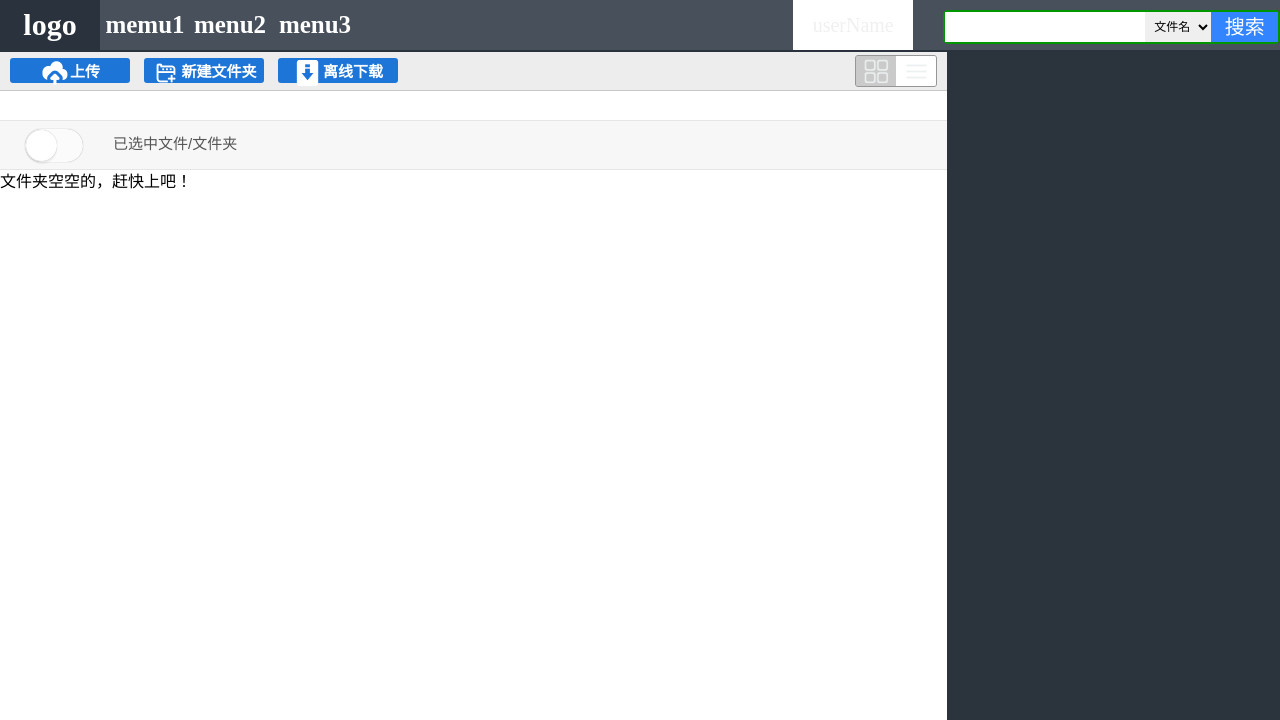
Repository: ixufeng/fileManager
Page: http://localhost/fileManager/delFile.do
These files come from the project's save history. The page is drawn as it stood at one moment and after the next save; the edit follows.
The browser window is 1280 px wide. The pictures show the whole page.
The pointer rests on the first visible `#user`.
The page is served by Tomcat 9. Other server files are loaded and not shown. Queries for data that is not in the repository find no rows.

Above is the page before, as saved 2016-04-07 13:18:27.

### fileManager/WebRoot/homePage.jsp
<%@page import="org.apache.commons.fileupload.FileItem"%>
<%@page import="file.MyFile"%>
<%@page import="sql.SqlHelper"%>
<%@page import="common.CatalogHelper" %>
<%@page import="common.Catalog" %>
<%@page language="java" import="java.util.*" pageEncoding="utf-8"%>
<%@taglib uri = "http://java.sun.com/jsp/jstl/core" prefix = "c" %>
<%
String path = request.getContextPath();
String basePath = request.getScheme()+"://"+request.getServerName()+":"+request.getServerPort()+path+"/";

String currentPath = "./home";
if(request.getParameter("currentPath")!=null){

	currentPath = request.getParameter("currentPath");
}else if(request.getAttribute("currentPath")!=null){

	currentPath = (String)request.getAttribute("currentPath");
}
	//获取路径列表
	ArrayList<Catalog> catalog = CatalogHelper.getCatalog(currentPath);
	//获得用户当前所在文件夹下的所有文件
	ArrayList<MyFile> fileList = SqlHelper.getSqlHelper().getAllFileByPath(currentPath);
	//优化目标，将第一次从数据库得来的文件信息存入到本地数据库中;

%>

<!DOCTYPE>
<html>
<head>
	<meta charset="utf-8">
	<title>在线文件管理器</title>
	<link rel="stylesheet" type="text/css" href="css/style_checkbox.css" />
	<link rel="stylesheet" type="text/css" href="css/title.css">
	<link rel="stylesheet" type="text/css" href="css/file_con.css">

	<!-- 上传文件 -->
	<link rel="stylesheet" href="css/zyUpload.css" type="text/css">
	<script src="js/jquery.js" type="text/javascript"></script>
	<script type="text/javascript" src="js/jquery.cookie.js"></script>
	<script type="text/javascript" src="js/fileClass.js"></script>
</head>

<body>
	<div id="head_nav">
		<div id="icon_home" path=<%=currentPath %> class="head_menu">
			logo
		</div>
		<div class="head_bar">memu1</div>
		<div class="head_bar">menu2</div>
		<div class="head_bar">menu3</div>

		<div id="icon_search">
			<label onclick="searchHelper();">搜索</label>
			<select id="selOption" onchange="searchTypeChange();">
				<option value="fimeName">文件名</option>
				<option value="fileDate">上传日期</option>
				<option value="fileContent">全文检索</option>
			</select>
			<input id="search_key" />
		</div>
		<div id="user">
			<span id="user_name">userName</span>
			<div id="user_box"></div>
		</div>
	</div>
	<div id="fileMsg">
			<ul id="file_catalog">
				<c:forEach var="catalogItem" items="<%=catalog%>">
					<li><a href="homePage.jsp?currentPath=${catalogItem.link}">${catalogItem.name}> </a></li>
				</c:forEach>

			</ul>
	</div>
	<div id="fileBar">

		<input type="checkbox" id="checkbox_c1" isSel="0" onclick="selectAll();" class="chk_3" /><label for="checkbox_c1"></label>
		<span id="functionBar">
			<label>已选中<span id="fileSelected"></span>文件/文件夹</label>
			<label id="MulShare" class="MulDo">分享</label>
			<label id="MulDown" onclick="mulDown();" class="MulDo"><img src="./images/MulDown.png">下载</label>
			<label id="MulDel" onclick="mulDel();" class="MulDo"><img src="./images/MulDel.png">删除</label>
			<label id="MulCopy" class="MulDo">复制到</label>
			<label id="MulTrans" onclick="showFileSendMenu();" class="MulDo">发送至</label>
		</span>
	</div>
	<div id='menu_second'>
		<span onclick='showuploadBorder();'><img alt="上传文件" src="images/fileUpload.png">上传</span>
		<span onclick='creatFileBorder("creatDir");'><img alt="新建文件夹" src ="images/newFile.png">新建文件夹</span>
		<span><img alt="文件下载" src="images/fileDownload.png">离线下载</span>
		<div id="sel_show_con">
			<a id="sel_grid" href="javascript:changeShowFile(0);"><img src="./images/grid.png"></a>
			<a id="sel_list" href="javascript:changeShowFile(1);"><img src="./images/list.png"></a>
		</div>
	</div>
	<div id="file_content">

		<ul id="file_ul_grid">
			<%=fileList.size()>0?"":"文件夹空空的，赶快上吧！" %>
			<c:forEach var = "fileItem" items = "<%=fileList %>" >
				<li class = "${fileItem.fileType=='floder'?'dir':'file'}" path = "${fileItem.fileLogicPath}" fileName = "${fileItem.fileRandomName} ">
					<img src ='${fileItem.filePic}'/>
					<p>${fileItem.fileName}</p>
				</li>
			</c:forEach>
		</ul>
		<ul id="file_ul_list">
			<c:forEach var = "fileItem" items = "<%=fileList %>" >
				<li class = "${fileItem.fileType=='floder'?'dir':'file'}" path = "${fileItem.fileLogicPath}" fileName = "${fileItem.fileRandomName} ">
					<input class="checkFile" type="checkbox" />
					<img src ='${fileItem.filePic}'/>
					<p>${fileItem.fileName}</p>
					<span class="fileCtime">${fileItem.fileCtime}</span>
				</li>
			</c:forEach>
		</ul>
	</div>
	<div id="con_cover">
		<div id="new_file">
			<img onclick="cancelNewFile();" id="file_cancel" src="images/icon_cancel.png"/>
			<span id="newfile_title">----新建文件</span>
			<input type="text" id="name" placeholder="文件名" />
			<button id="file_confirm">确认</button>
		</div>
	</div>

	<div id="menu">
		<ul>


		</ul>
	</div>
	<!--右侧的展示栏  -->
	<div id="funcboard">
		<ul id="searchRes_con">



		</ul>
	</div>
	<!-- 上传文件的border -->
	<div id="demo" class="demo"></div>
	<script type="text/javascript" src="js/file.handle.js"></script>
	<script type="text/javascript" src="js/menu.func.js"></script>
	<script type="text/javascript" src="js/common.js"></script>
	<script type="text/javascript" src="js/ajax.js"></script>
	<script type="text/javascript" src="js/draw.js"></script>
	<!-- 引用核心层插件 -->
	<script type="text/javascript" src="js/zyFile.js"></script>
	<!-- 引用控制层插件 -->
	<script type="text/javascript" src="js/zyUpload.js"></script>
	<!-- 引用初始化JS -->
	<script type="text/javascript" src="js/demo.js"></script>
	<script type="text/javascript">

</script>
<!-- 弹出的消息框 -->
<div id='msg_con'></div>
</body>
<%
	if(request.getAttribute("msg")!=null){
	String msg = (String)request.getAttribute("msg");
	out.print("<script type = 'text/javascript'>giveMsg('"+msg+"')</script>");
}else if(request.getParameter("msg")!=null){

	String msg = request.getParameter("msg");

	out.print("<script type = 'text/javascript'>giveMsg('"+msg+"')</script>");

}


 %>
</html>

### fileManager/src/servlet/delFile.java
package servlet;

import java.io.IOException;


import javax.servlet.RequestDispatcher;
import javax.servlet.ServletException;
import javax.servlet.http.HttpServlet;
import javax.servlet.http.HttpServletRequest;
import javax.servlet.http.HttpServletResponse;

import lucene.Lucene;


import file.MyFile;

import sql.SqlHelper;
/**
 *
 * @author xufeng
 * @version 1.0
 * 删除指定文件或文件集合
 *
 */
@SuppressWarnings("serial")
public class delFile extends HttpServlet {




	public void doGet(HttpServletRequest request, HttpServletResponse response)
			throws ServletException, IOException {
		request.setCharacterEncoding("utf-8");
		response.setCharacterEncoding("utf-8");
		doPost(request , response);

	}


	public void doPost(HttpServletRequest request, HttpServletResponse response)
			throws ServletException, IOException {
		String msg = "";
		//接受文件的物理名称（id）
		request.setCharacterEncoding("utf-8");
		response.setCharacterEncoding("utf-8");
		String fileName = request.getParameter("fileName");
		String path = request.getParameter("path");


		//先备份要删除的记录    --
		MyFile file = SqlHelper.getSqlHelper().getAFileByUniqueName(fileName);
		boolean isBack = SqlHelper.getSqlHelper().backUpFile(file);
		//删除数据库中的记录
		boolean  isDel = false;
		if(isBack){
			isDel = SqlHelper.getSqlHelper().delFile(file.getFileRandomName());
			System.out.println(isDel);
		}else{
			//备份失败
			msg = "文件备份失败！";

			request.getRequestDispatcher("homePage.jsp?currentPath="+path+"&msg="+msg).forward(request, response);
		}
		//如果删除记录成功，在删除磁盘数据
		if(isDel){
			//删除磁盘内容 ----周期删除
			//----------带处理-----留给自动处理机制
			msg = "删除成功";


			/*response.sendRedirect("homePage.jsp?currentPath="+path+"&msg="+msg);*/


			//删除索引
			Lucene lu=new Lucene();
			//fileName必须为RandomName
			lu.delete(fileName);

			request.setAttribute("msg", msg);
			request.setAttribute("currentPath", path);
			RequestDispatcher rd = request.getRequestDispatcher("homePage.jsp");
			rd.forward(request, response);
		}




	}

}

### fileManager/src/sql/SqlConnect.java
package sql;

import java.sql.DriverManager;
import java.sql.SQLException;

import java.sql.Connection;

import file.PathConfig;

public class SqlConnect {
	private static Connection conn = null;

	public static Connection getConnection(){

		String urlString = PathConfig.SQLURL;
		try {
			Class.forName("com.mysql.jdbc.Driver");

			conn = DriverManager.getConnection(urlString);

		} catch (ClassNotFoundException e) {
			// TODO Auto-generated catch block
			e.printStackTrace();
		}catch(Exception e){

			e.printStackTrace();
		}

		return conn;
	}

	public static void closeConnection(){

		try {
			if (conn != null || !conn.isClosed())
			conn.close();
		} catch (SQLException e) {
			// TODO Auto-generated catch block
			e.printStackTrace();
		}

	}


}

### fileManager/src/file/MyFile.java
package file;




public class MyFile{
	private String fileRandomName;// 文件实际上传后存储的名字
	private String fileName;// 文件的逻辑名字即用户看到的名字
	private String fileLogicPath;// 文件逻辑存储的地址
	private String fileType;
	private String fileSize;
	private String fileCtime;// 文件创建时间
	private String fileMtime;// 文件修改时间
	private int fileLimit;
	private String filePic;
	/**
	 * 构造方法的重载 --提供多种file类的初始化
	 */
	public MyFile(){
		//初始化
	}
	public MyFile(String fileRandomName,String fileName, String fileLogicPath,String fileType,String filePic){
		this.fileRandomName = fileRandomName;
		this.fileName = fileName;
		this.fileLogicPath = fileLogicPath;
		this.fileType = fileType;
		this.filePic = filePic;
	}



	public int getFileLimit() {
		return fileLimit;
	}

	public void setFileLimit(int fileLimit) {
		this.fileLimit = fileLimit;
	}


	public void setFileRandomName(String fileRandomName){
		this.fileRandomName = fileRandomName;
	}

	public String getFileRandomName(){

		return this.fileRandomName;
	}

	public String getFileName() {
		return this.fileName;
	}


	public void setFileName(String fileName) {
		this.fileName = fileName;
	}


	public String getFileLogicPath() {
		return fileLogicPath;
	}


	public void setFileLogicPath(String fileLogicPath) {
		this.fileLogicPath = fileLogicPath;
	}


	public String getFileType() {
		return fileType;
	}


	public void setFileType(String fileType) {
		this.fileType = fileType;
	}


	public String getFileSize() {
		return fileSize;
	}


	public void setFileSize(String fileSize) {
		this.fileSize = fileSize;
	}


	public String getFileCtime() {
		return fileCtime;
	}


	public void setFileCtime(String fileCtime) {
		this.fileCtime = fileCtime;
	}


	public String getFileMtime() {
		return fileMtime;
	}


	public void setFileMtime(String fileMtime) {
		this.fileMtime = fileMtime;
	}

	/*
	private Date getTime(){

		java.util.Date nowTime =new  java.util.Date();

		=

	}*/
	public String getFilePic() {
		return filePic;
	}

	public void setFilePic(String filePic) {
		this.filePic = filePic;
	}




}

### fileManager/src/sql/GetSql.java
package sql;

import file.MyFile;

public class GetSql {
	public static String selectFile(String fileName){
		String sql="select * from file where filename="+fileName;
		return sql;
	}

	/**
	 * @param fileRandomName
	 * @param fileName
	 * @param filePath
	 * @param fileType
	 * @return sql语句
	 */
	public static String uploadSql(String fileRandomName,String fileName,String fileLogicPath,String fileType){
		String sql="insert into file (fileRandomName,fileName,fileLogicPath,fileType,fileCtime) values('"+
	fileRandomName+"','"+fileName+"','"+fileLogicPath+"','"+fileType+"',now());";
		return sql;
	}

	public static String uploadSql(MyFile file){

		String sql="insert into file (fileRandomName,fileName,fileLogicPath,fileType,fileCtime,filePic) values('"+
				file.getFileRandomName()+"','"+file.getFileName()+"','"+file.getFileLogicPath()+"','"+file.getFileType()+"',now(),'"+file.getFilePic()+"');";

		return sql;
	}

	/**
	 *
	 * @param file
	 * @return sql语句
	 * 向备份数据表添加一条记录
	 */
	public static String addBackUp(MyFile file){

		String sql="insert into file_backup (fileRandomName,fileName,fileLogicPath,fileType,fileCtime,filePic) values('"+
				file.getFileRandomName()+"','"+file.getFileName()+"','"+file.getFileLogicPath()+"','"+file.getFileType()+"','"+file.getFileCtime()+"','"+file.getFilePic()+"');";

		return sql;
	}
	/**
	 * 获取某段时间的所有文件
	 * @param String
	 * @return String
	 */

	public static String timeSearchSql(String time1,String time2){
		String sql = "";
		sql = "select * from file  where fileCtime>='"+time1+"'and fileCtime<='"+time2+"'order by fileCtime asc";
		return sql;
	}

	/**
	 * 关键字模糊查询
	 * @param String
	 * @return String--sql
	 */
	public static String fileNameSearchSql(String fileName){
		String sql = "";
		sql = "select * from file where fileName LIKE '%"+fileName+"%'";

		return sql;
	}

	public static String getOverdueSql(){
		String sql ="";
		sql = "select * from file_backup where UNIX_TIMESTAMP(NOW())- UNIX_TIMESTAMP(fileMtime)>7*24*60*60";
		return sql;
	}
}

### fileManager/src/common/CatalogHelper.java
package common;


import java.util.ArrayList;

/**
 *
 * @author xufeng
 *根据url来显示当前文档的目录
 */
public class CatalogHelper {

	public static ArrayList<Catalog> getCatalog(String url){
		//将传进来的url拆分成数组
		String[] catalog = url.split("/");

		 ArrayList<Catalog> list = new ArrayList<Catalog>();


		 for(int i = 0;i < catalog.length;i++){

			 	if(i==1||i==0){

			 		Catalog myCatalog =new Catalog("所有文件","./home");
			 		list.add(myCatalog);

			 	}else{

			 		Catalog myCatalog =  new Catalog();
			 		myCatalog.setName(catalog[i]);
			 		myCatalog.setLink(list.get(i-1).getLink()+"/"+catalog[i]);
			 		list.add(myCatalog);
			 	}

			 }

		 list.remove(0);
		 return list;

	}

}

### fileManager/src/common/Catalog.java
package common;

public class Catalog{

	private String name;
	private String link;


	public Catalog(String name, String link){
		this.name = name;
		this.link = link;
	}

	public Catalog(){

	}
	public String getName() {
		return name;
	}
	public void setName(String name) {
		this.name = name;
	}
	public String getLink() {
		return link;
	}
	public void setLink(String link) {
		this.link = link;
	}
}

### fileManager/WebRoot/css/title.css
* {
	padding: 0px;
	margin: 0px;
}
body{

	width:100%;
	height:100px;
}
#head_nav {
	width: 100%;
	height: 50px;
	position: fixed;
	top: 0px;
	background-color:rgb(71,80,91);
	box-shadow:0px 0px 0px 2px rgb(41,50,61);
	z-index:9;
}


#icon_home {
	width: 100px;
	height: 50px;
	overflow: hidden;
	float: left;
	color:#fff;
	font-size:30px;
	font-weight:900;
	line-height:50px;
	text-align:center;
}
 .head_bar{
	float: left;
	width:80px;
	height:100%;
	color:#fff;
	font-weight:900;
	line-height:50px;
	text-align:center;
	font-size:25px;
	cursor:pointer;
	background-color:rgb(71,80,91);
	margin-left:5px;
}

.head_bar:hover{
	background-color:rgb(41,50,61);
}


.head_menu {
	float: left;
	background: rgb(0, 80, 0) margin-left: 10px;
	cursor: pointer;
}
#icon_home:hover{
	background-color:rgb(41,50,61);
}


#icon_home_img {
	margin-top:0px;
	margin-left: 5px;
}
/* 되쩍痰빵돨錦干움 */
#user{

	float:right;
	font-size:20px;
	color:rgb(240,240,240);
	width:120px;
	text-align:center;
	line-height:50px;
	margin-right:30px;
	cursor:pointer;
}

#user:hover{
	background-color:#fff;
}
/* 茶꾜돨userBox */
#user_box{
	width:150px;
	height:0px;
	position:fixed;
	top:50px;
	background-color:red;
	z-index:10;
}

#icon_upload{

	width:40px;
	height: 39px;
	border:0px solid rgb(0,100,0);
	border-radius: 5px;
	border-bottom:0px;
	margin-top: 18px;
	margin-left: 100px;
	background-color: rgb(0,150,0);
	float: left;
	cursor: pointer;

}

#icon_search{
	margin-top:10px;
	margin-right:0px;
	width:26%;
	height:30px;
	border:2px solid rgb(0,150,0);
	float:right;
	border-radius:5px;
}


#icon_search input{

	height:30px;
	width:60%;
	border:0px solid ;
	float:right;
	display:block;
}
#selOption{
	float:right;
	width:20%;
	height:100%;
	font-size:12px;
	text-align:center;
	font-family:Arial;

}
#selOption option{
	font-size=12px;

}
#icon_search label{

	display:block;
	float:right;
	height:30px;
	line-height:30px;
	width:20%;
	text-align:center;
	font-size:20px;
	color:#fff;
	background-color:rgb(51,133,255);
	font-familiy:Arial;
}
#icon_search label:hover{
	cursor:pointer;
	background-color:rgb(81,183,255);
}

#menu_second{
	width:74%;
	height:40px;
	position:fixed;
	top:50px;
	background-color:rgb(237,237,237);
	border-bottom:1px solid rgb(200,200,200);
	z-index:8;
}
#menu_second>span{
	display:inline-block;

	width:120px;
	height:25px;
	text-align:center;
	line-height:25px;
	margin:7.5px auto;
	margin-left:10px;
	background-color:rgb(30,117,216);
	color:#fff;
	border-radius:3px;
	cursor:pointer;
	font-weight:800;
	font-family:Arial;
	font-size:15px;
}

#menu_second>span:hover{
	background-color:rgb(50,147,246);
}
#menu_second img{
	vertical-align:middle;
}
#sel_show_con{
	width:80px;
	height:30px;
	float:right;
	margin:5px auto;
	line-height:40px;
	margin-right:10px;
	border:0.8px solid rgb(150,150,150);
	background-color:rgb(201,200,201);
	border-radius:3px;
	overflow:hidden;
}
#sel_show_con a{

	float:left;
	width:40px;
	height:30px;

}
#sel_grid{
	background-color:rgb(202,202,202);
}
#sel_list{
	background-color:rgb(255,255,255);
}

#sel_show_con>a>img{

	display:block;
	margin:2.5px auto;
}

### fileManager/WebRoot/css/file_con.css
*{

	padding:0px ;
	margin:0px;
	border:0px;
}
body{

	width: 100%;
	height: 100%;
}
#file_content{
	display: block;
	width: 74%;
	position:absolute;
	left:0px;
	bottom:0px;
	top:168px;
	margin-bottom:0px;
	z-index:0;
	over-flow:hidden;
}
#file_ul_grid{
	display: none;
	min-height: 200px;
	width: auto;
	height: auto;
	list-style-type: none;
}
#file_ul_grid>li{
	float: left;
	margin:10px;
	width:80px;
	height:80px;
	text-align: center;
	font-family: Arial;
	cursor: pointer;
	word-break:break-all;
	font-size:12px;
	padding-top:8px;
	border:1px solid #fff;
}

#file_ul_grid>li:hover{

	border:1px solid rgb(43,51,61);
}

#funcboard{
	position:fixed;
	width:26%;
	right:0px;
	top:50px;
	bottom:0px;
	background-color:rgb(43,51,61);
	z-index:8;
}

#con_cover{
	position: fixed;
	top:0px;
	width:100%;
	height:100%;
	background:rgba(0,0,0,0.5);
	display: none;
	z-index:9;

}

#new_file{
	opacity: 1;
	height:120px;
	width:300px;
	position: absolute;
	top:0px;
	left: 0px;
	border-radius: 10px;
	background-color: rgb(0,180,0);
	text-align:center;
	box-shadow: 4px 4px 4px rgb(0,100,0);
	display: none;
}

#new_file>input{
	width:100%;
	border:0px;
	margin-top: 10px;
	height: 30px;
	background-color: rgb(180,180,180);
	color: rgb(255,255,255);
	color: rgb(0,122,0);
	font-size: 20px;
	font-weight: 800;
	text-align: center;
}

#file_cancel{

	cursor:pointer;
	margin-top:5px;
	margin-right:5px;
	float:right;
}
#newfile_title{

	line-height:20px;
	font-size:20px;
	font-family:Arial;

}
::-webkit-input-placeholder {
	color: rgba(0,122,0,0.5);
	text-align: center;
}
#file_confirm{
	border:0px;
	width:100%;
	height:30px;
	margin-top: 20px;
	background-color:rgb(180,180,180);
	color: rgb(0,122,0);
	font-size: 20px;
	font-weight: 800;
	cursor: pointer;
}

#menu{
	position: absolute;
	top:300px;
	left:300px;
	width:90px;
	height: auto;
	background-color:rgb(0,160,0);
	box-shadow: 4px 4px 4px rgb(0,100,0);
	display: none;
	cursor:pointer;
	z-index:5;

}

#menu>ul{
	list-style-type: none;
	height: auto;
	min-height: 160px;
}

#menu>ul>li{

	padding:0px;
	width: 100%;
	height:30px;
	margin-bottom: 4px;
	text-align: center;
	line-height: 30px;
	color: rgb(200,200,200);
	font-family: arial;
	font-weight: 800;
	background-color: rgb(0,100,0);
	cursor: pointer;
}

#menu>ul>li:hover{
	opacity: 0.5;
}

#msg_con{
	width : 0px;
	height: 0px;
	position: absolute;
	top:0px;
	left: 0px;
	background-color: rgb(0,100,0);
	border-radius: 10px;
	display: none;
	text-align: center;
	vertical-align: middle;
	line-height: 100px;
	z-index:9;
}

#msg_con p{
	font-size: 20px;
	font-weight: 900px;
	font-family: arial;
	color: #fff;
	text-align: center;
}
#searchRes_con{
	list-style-type:none;


}
#searchRes_con li{
	width:95%;
	height:40px;
	background-color:rgb(200,200,200);
	margin:2px auto;
	cursor:pointer;
	border-radius:5px;
	animation:searchShow 1s;
	color:#fff;
	line-height:40px;
}
#searchRes_con li:hover{

	background-color:rgb(155,155,155);
}



@keyframes searchShow
{
	0% {opacity:0.3;}
	100%{opacity:1;}
}
#searchRes_con>li>img{
	width:30px;
	heigth:30px;
	margin-left:5px;
	vertical-align:middle;
}
#fileMsg{

	height:30px;
	width:100%;
	line-height:30px;
	padding-left:20px;
	position:fixed;
	background-color:#fff;
	top:90px;
	z-index:5;
}
#file_catalog{
	position:fixed;
	list-style:none;
	z-index:5;

}
#file_catalog>li{
	float:left;
	width:auto;
	height:30px;
	font-weight:700;
}
#fileBar{
	width:100%;
	height:40px;
	position:fixed;
	top:120px;
	padding-top:8px;
	padding-left:25px;
	border-bottom:1px solid rgb(230,230,230);
	border-top:1px solid rgb(230,230,230);
	background-color:rgb(247,247,247);
	z-index:5;
}

#fileBar label{
	display:block;
	float:left;
	line-height:30px;
	color:rgb(85,85,85);
	font-family:Arial;
	font-size:15px;
}
.MulDo{
	border:1px solid rgb(167,167,167);
	width:100px;
	margin-top:4px;
	height:26px;
	margin-left:8px;
	text-align:center;
	border-radius:3px;
}
#fileBar label:hover{
	cursor:pointer;
	background-color:rgb(255,255,255);
}
.MulDo img{
	vertical-align:middle;
}




/* file_ul_list */
#file_ul_list{
	list-style:none;
	display:none;

}
#file_ul_list>li{
	height:40px;
	width:100%;
	border-bottom:1px solid rgb(200,200,200);
}
#file_ul_list>li>p{

	display:inline-block;
	line-height:40px;
	margin-left:15px;
}
#file_ul_list>li>img{
	display:block;
	width:25px;
	height:25px;
	margin-left:15px;
	float:left;
	margin-top:7px;
	vertical-align:middle;
}
.checkFile{
	margin-top:15px;
	margin-left:30px;
	float:left;
	background-color:#fff;
}
.fileCtime{
	margin-right:10px;
	float:right;
	line-height:40px;
}

Loaded but not shown: fileManager/WebRoot/js/jquery.js (library); fileManager/WebRoot/js/jquery.cookie.js (library); fileManager/WebRoot/js/zyUpload.js (413 lines, source omitted); fileManager/WebRoot/js/zyFile.js (209 lines, source omitted); fileManager/WebRoot/js/common.js (177 lines, source omitted); fileManager/WebRoot/js/file.handle.js (147 lines, source omitted); fileManager/WebRoot/js/menu.func.js (133 lines, source omitted); fileManager/WebRoot/js/demo.js (40 lines, source omitted); fileManager/WebRoot/js/draw.js (53 lines, source omitted); fileManager/WebRoot/js/ajax.js (73 lines, source omitted); fileManager/WebRoot/js/fileClass.js (15 lines, source omitted); fileManager/WebRoot/css/zyUpload.css (327 lines, source omitted); fileManager/src/sql/SqlHelper.java (398 lines, source omitted); fileManager/WebRoot/css/style_checkbox.css (248 lines, source omitted)

After the next save:
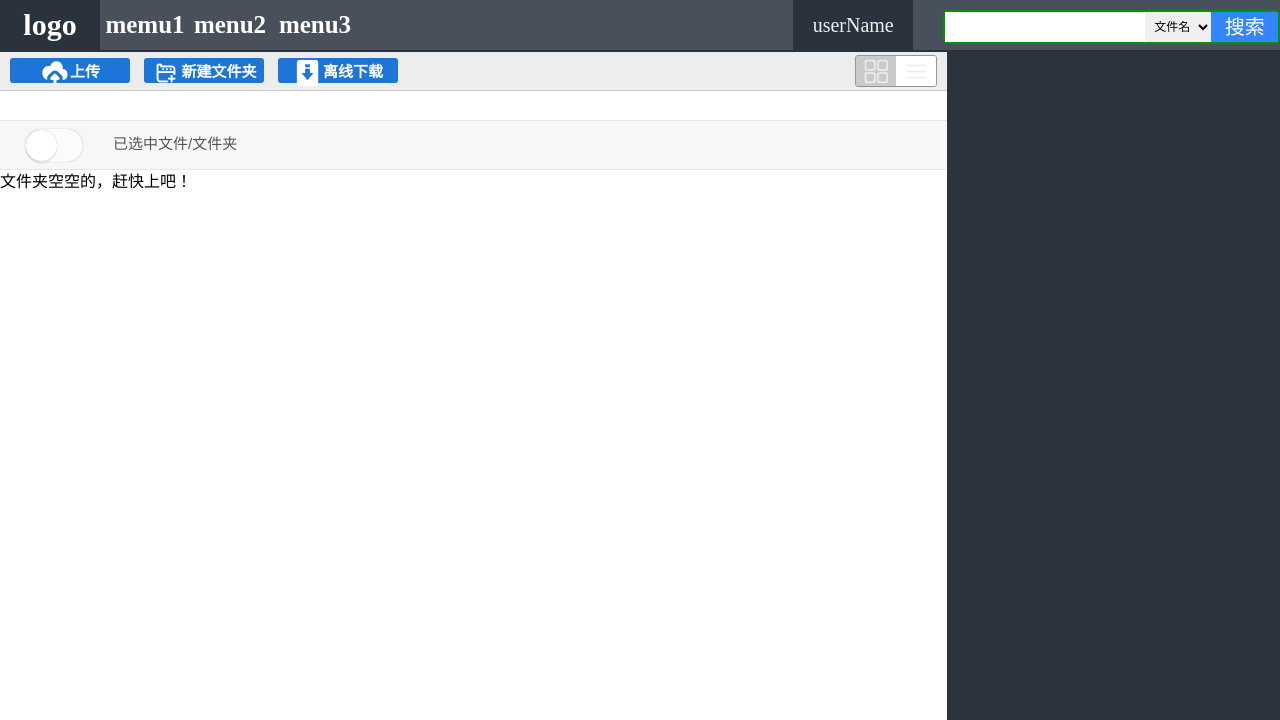
Saved 37 s later.
--- a/fileManager/WebRoot/css/title.css
+++ b/fileManager/WebRoot/css/title.css
@@ -76,7 +76,7 @@ body{
 }
 
 #user:hover{
-	background-color:#fff;
+	background-color:rgb(41,50,61);
 }
 /* 茶꾜돨userBox */
 #user_box{
